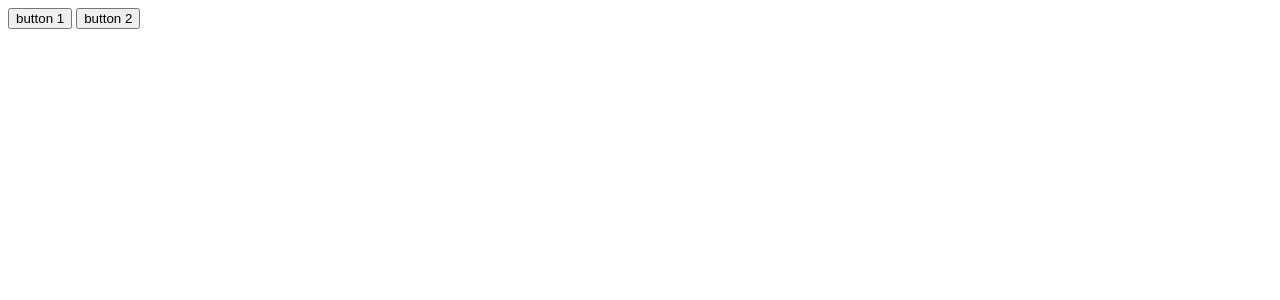
Repository: PoojaShirwaikar/BlockhainTest
Page: javascript/JQueryDemo/WebContent/trigger.html
These files come from the project's save history. The page is drawn as it stood at one moment and after the next save; the edit follows.
The browser window is 1280 px wide. The pictures show the whole page.
Some web libraries are served in a nearby version.

Above is the page before, as saved 2017-11-13 07:54:27.

### javascript/JQueryDemo/WebContent/trigger.html
<!DOCTYPE html>
<html>
<head>
<meta charset="ISO-8859-1">
<title>Insert title here</title>
<script src="https://code.jquery.com/jquery-3.2.1.js"></script>
<script>
	$(function() {

		$("body").on("click", "div", clicked);
		$("div").trigger("click");
		function clicked() {

		}

	});
</script>
</head>
<body>
	<button id="b1">button 1</button>
	<button id="b2">button 2</button>
	<p>

</body>
</html>

After the next save:
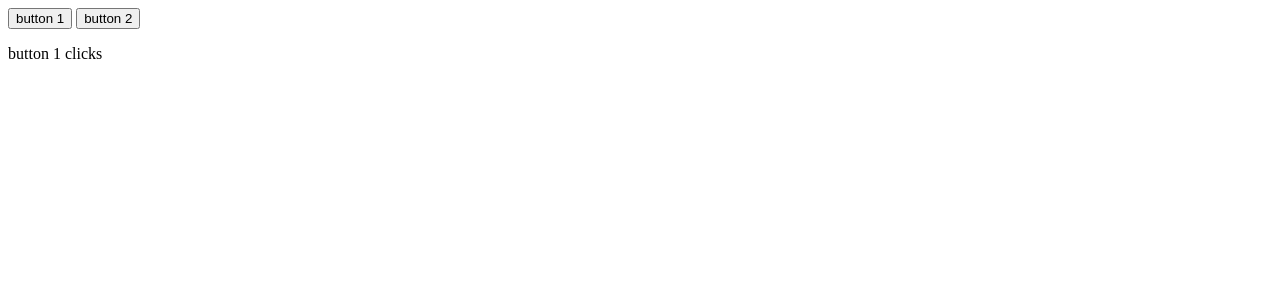
Saved 18 s later.
--- a/javascript/JQueryDemo/WebContent/trigger.html
+++ b/javascript/JQueryDemo/WebContent/trigger.html
@@ -19,7 +19,8 @@
 <body>
 	<button id="b1">button 1</button>
 	<button id="b2">button 2</button>
-	<p>
+	<p> button 1 clicks </p>
+
 
 </body>
 </html>
